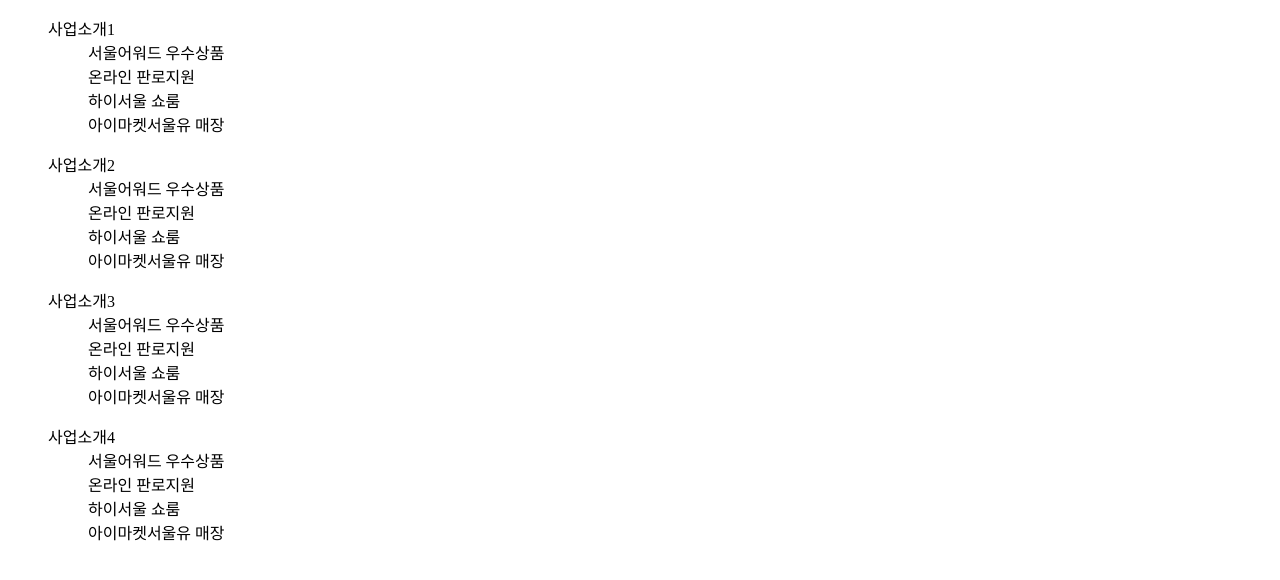
Repository: Ahn-jeong/javabasic
Page: 1.BasicJava/workspace/basic/WebContent/1024/각각메뉴슬라이드.html
These files come from the project's save history. The page is drawn as it stood at one moment and after the next save; the edit follows.
The browser window is 1280 px wide. The pictures show the whole page.

Above is the page before, as saved 2019-10-24 05:09:57.

After the next save:
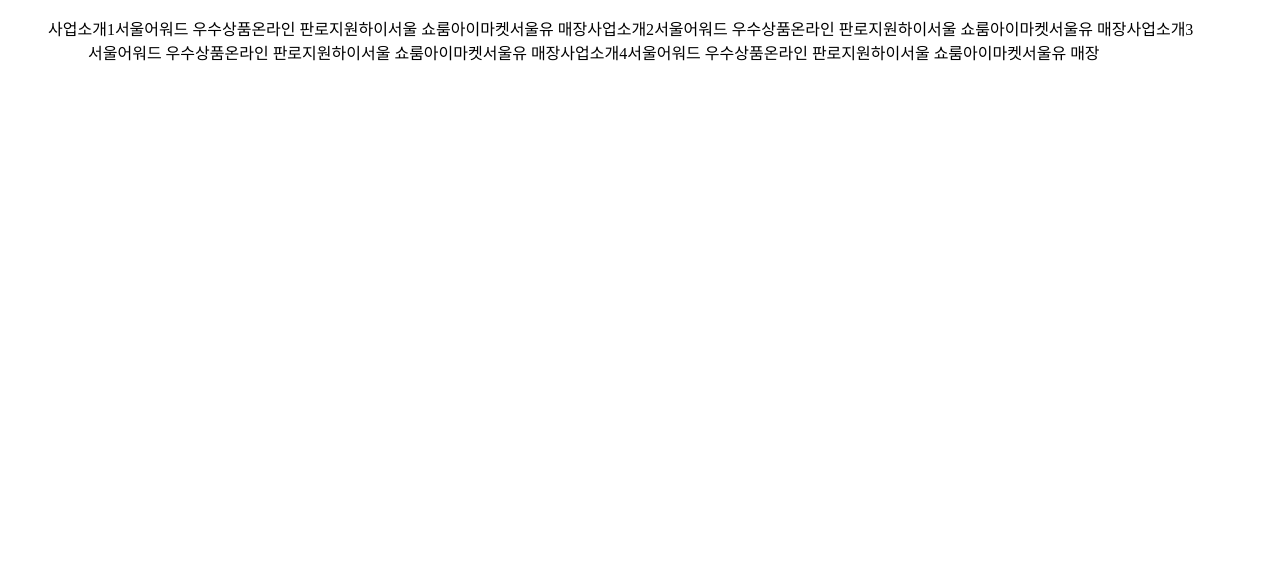
Saved 75 s later.
--- a/1.BasicJava/workspace/basic/WebContent/1024/각각메뉴슬라이드.html
+++ b/1.BasicJava/workspace/basic/WebContent/1024/각각메뉴슬라이드.html
@@ -10,6 +10,16 @@
 			a {
 				text-decoration: none;
 			}
+
+			/*메뉴스타일*/
+			.dropdown{
+				position: relative;
+			}
+			.dropdown li {
+				float : left;
+			}
+
+			/*서브메뉴 스타일*/
 		</style>
 	</head>
 	<body>
